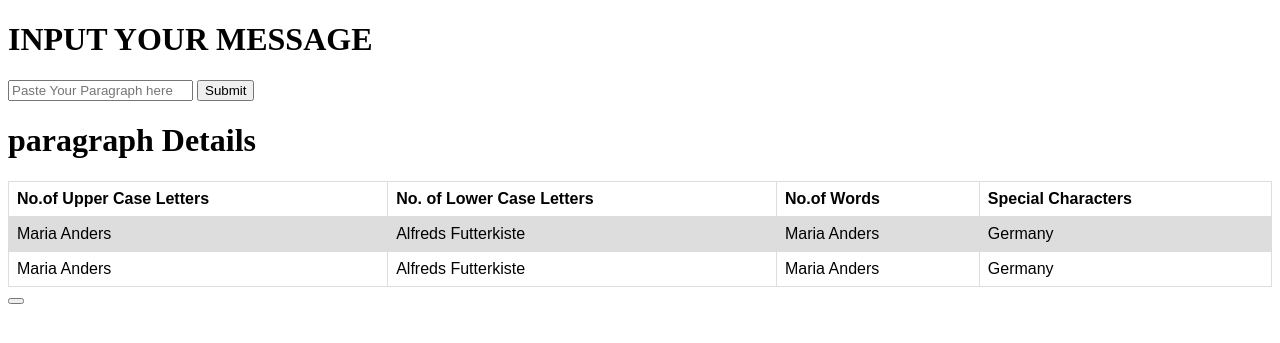
Repository: SharonSebastian32/Paragraph_management_application
Page: index.html
These files come from the project's save history. The page is drawn as it stood at one moment and after the next save; the edit follows.
The browser window is 1280 px wide. The pictures show the whole page.

Above is the page before, as saved 2024-08-22 14:36:53.

### index.html
<!DOCTYPE html>
<html lang="en">
  <head>
    <meta charset="UTF-8" />
    <meta name="viewport" content="width=device-width, initial-scale=1.0" />
    <title>Document</title>
    <link rel="stylesheet" href="./Style.css" />
  </head>
  <body>
    <div class="container">
      <h1>INPUT YOUR MESSAGE</h1>
      <form action="">
        <input
          type="textarea"
          name=""
          id=""
          placeholder="Paste Your Paragraph here"
        />
        <button>Submit</button>
      </form>
    </div>

    <div>
      <h1>paragraph Details</h1>
      <table>
        <tr>
          <th>No.of Upper Case Letters</th>
          <th>No. of Lower Case Letters</th>
          <th>No.of Words</th>
          <th>Special Characters</th>
        </tr>
        <tr>
          <td>Maria Anders</td>
          <td>Alfreds Futterkiste</td>
          <td>Maria Anders</td>
          <td>Germany</td>
        </tr>
        <tr>
          <td>Maria Anders</td>
          <td>Alfreds Futterkiste</td>
          <td>Maria Anders</td>
          <td>Germany</td>
        </tr>
      </table>
    </div>
    <div>
        <button></button>
    </div>
  </body>
</html>

Loaded but not shown: Style.css (common file)

After the next save:
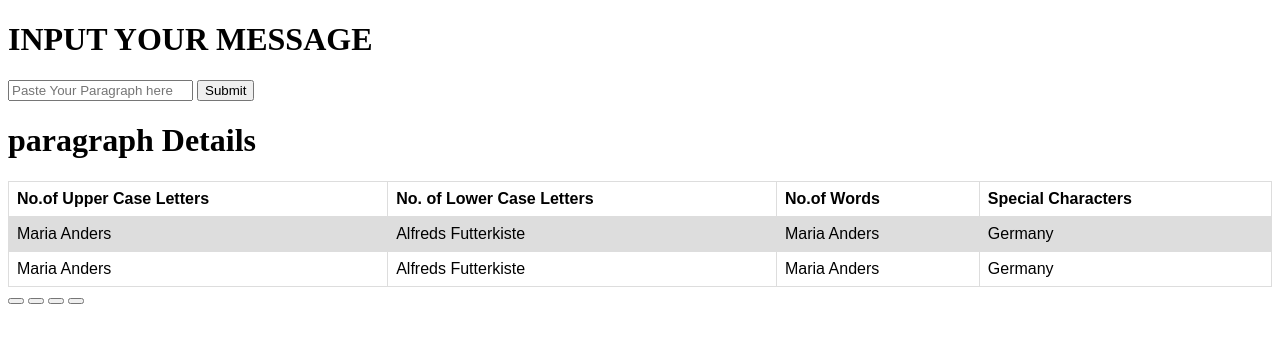
Saved 20 s later.
--- a/index.html
+++ b/index.html
@@ -44,7 +44,12 @@
       </table>
     </div>
     <div>
-        <button></button>
+      <button></button>
+
+      <button></button>
+
+      <button></button>
+      <button></button>
     </div>
   </body>
 </html>
